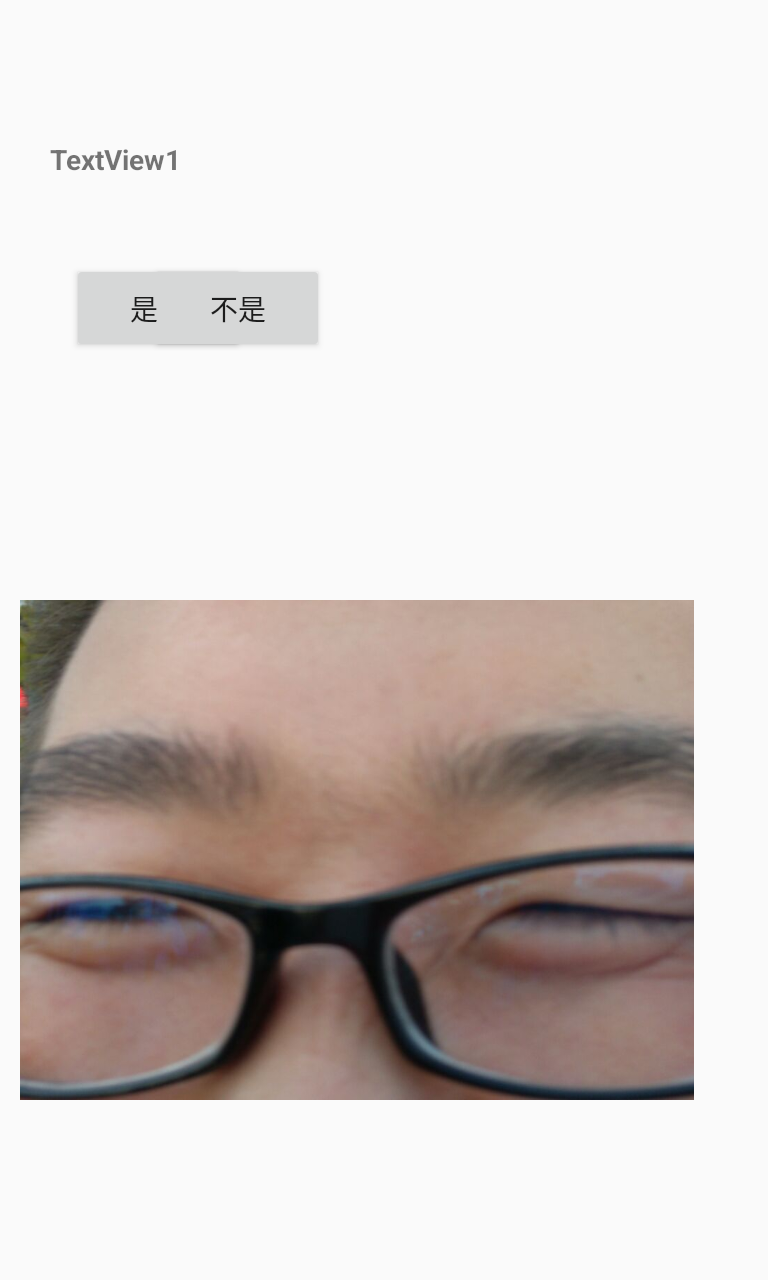
Repository: mjchow/qiuyi
Layout: demo1/res/layout/activity_main.xml
The author's editor kept a copy of each file at every save. The layout is drawn from the files as they stood at one save, then again after the next save.
It is drawn on a 768 x 1280 px phone screen (xhdpi) without system bars, with theme AppTheme; the app's code is not run.

Above is the layout before, as saved 2014-12-25 16:16:51.

### demo1/res/layout/activity_main.xml
<FrameLayout xmlns:android="http://schemas.android.com/apk/res/android"
    xmlns:tools="http://schemas.android.com/tools"
    android:id="@+id/container"
    android:layout_width="match_parent"
    android:layout_height="match_parent"
    tools:context="com.example.demo1.MainActivity"
    tools:ignore="MergeRootFrame" >

    <ImageView
        android:id="@+id/imageview1"
        android:layout_width="480dp"
        android:layout_height="250dp"
        android:layout_marginLeft="10dp"
        android:layout_marginTop="300dp"
        android:scaleType="fitStart"
        android:src="@drawable/ydt1" />

      <TextView
        android:id="@+id/textView1"
        android:layout_width="wrap_content"
        android:layout_height="wrap_content"
        android:layout_marginLeft = "25dp"
        android:layout_marginTop = "70dp"
        android:textStyle="bold"
        android:text="TextView1" />

    <!--  <TextView
        android:id="@+id/textView2"
        android:layout_marginTop="100dp"
        android:layout_width="wrap_content"
        android:layout_height="wrap_content"
        android:text="TextView2" />
        -->
        <Button
        android:id="@+id/button1"
        android:layout_width="wrap_content"
        android:layout_height="wrap_content"
        android:layout_marginLeft = "35dp"
        android:layout_marginTop = "130dp"
        android:text="是的" />

    <Button
        android:id="@+id/button2"
        android:layout_width="wrap_content"
        android:layout_height="wrap_content"
        android:layout_marginLeft = "75dp"
        android:layout_marginTop = "130dp"
        android:text="不是" />

</FrameLayout>

Loaded but not shown: demo1/res/values/styles.xml (common file); demo1/res/values-v11/styles.xml (common file); demo1/res/values-v14/styles.xml (common file)

After the next save:
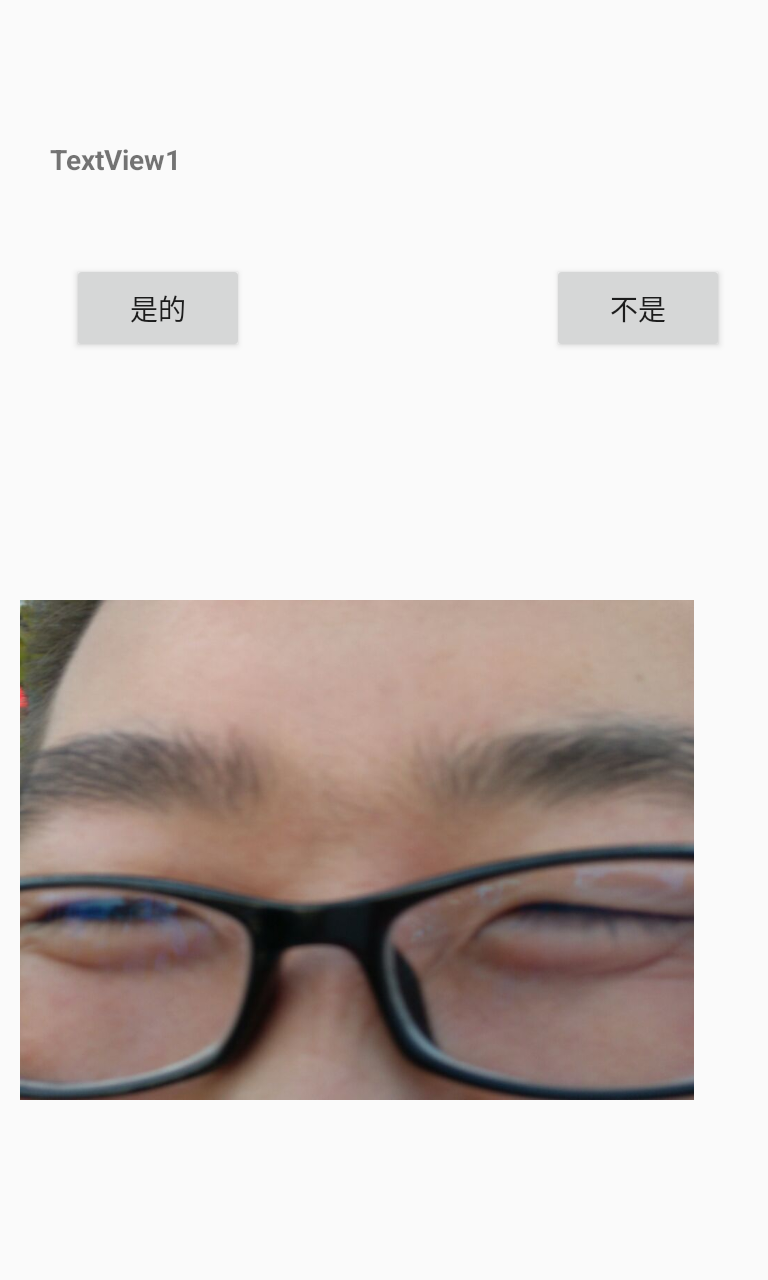
Saved 6 s later.
--- a/demo1/res/layout/activity_main.xml
+++ b/demo1/res/layout/activity_main.xml
@@ -43,7 +43,7 @@
         android:id="@+id/button2"
         android:layout_width="wrap_content"
         android:layout_height="wrap_content"
-        android:layout_marginLeft = "75dp"
+        android:layout_marginLeft = "275dp"
         android:layout_marginTop = "130dp"
         android:text="不是" />
 
